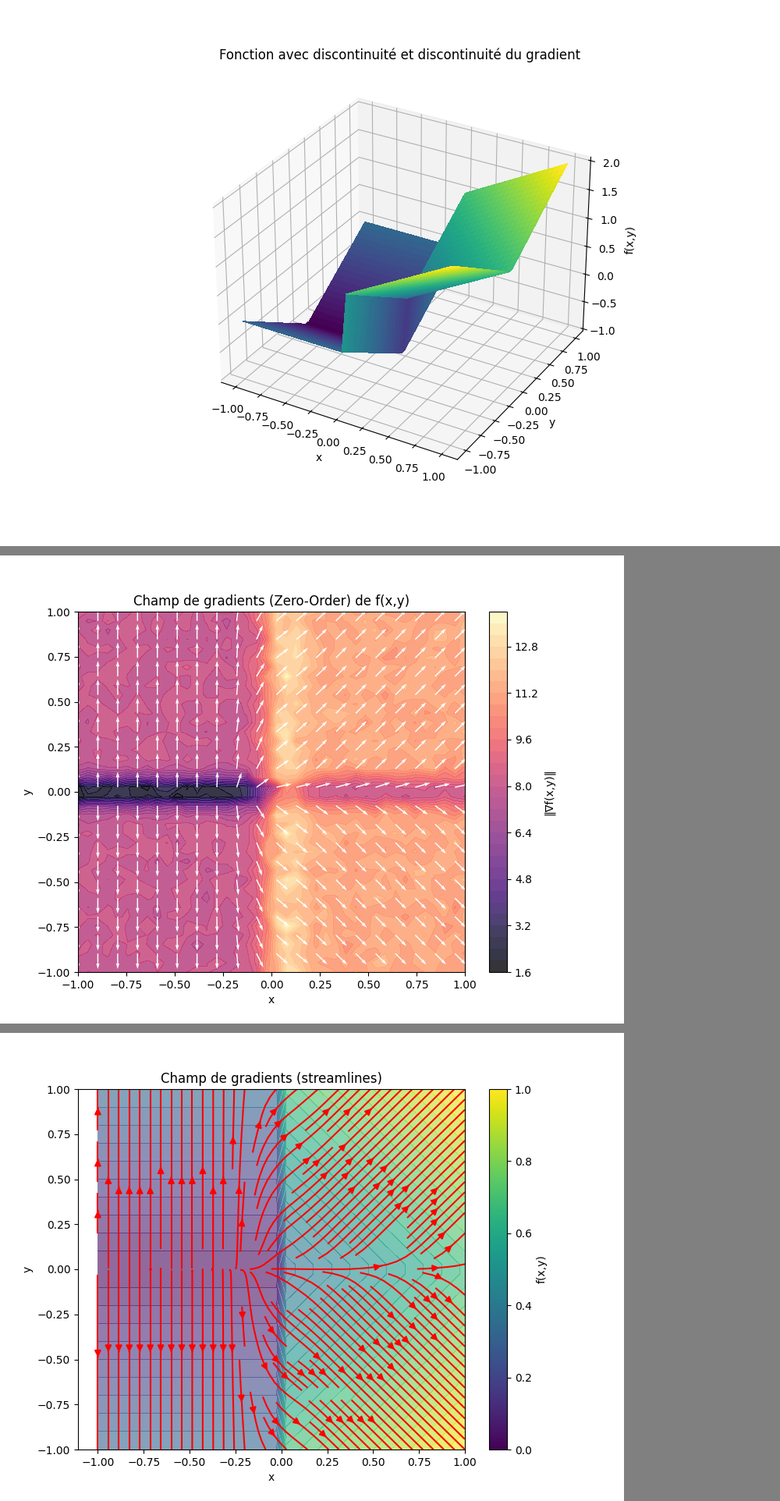
Repository: oomcth/Gradient-smoothing
Script's output: python test2D.py
The author's editor kept a copy of each file at every save. The script's output is drawn from the files as they stood at one save, then again after the next save.
The pictures are shown at 78% of full size.
Each picture stacks the figures in order, with grey between them; figures that are only written to a file come last. Random numbers start from a fixed seed.

Above is the script's output before, as saved 2025-11-23 23:04:07.

### test2D.py
import numpy as np
import matplotlib.pyplot as plt

sigma = 0.1
M = 500
Ns = 500
rng = np.random.default_rng()
L = 3


def f2(x, y):
    return np.where(x >= 0, x + np.abs(y), -1 + np.abs(y))


def grad_f2(Xs):
    x = Xs[:, 0]
    y = Xs[:, 1]
    dfdx = np.where(x > 0, 1.0, 0.0)
    dfdy = np.where(y > 0, 1.0, -1.0)
    return np.stack((dfdx, dfdy), axis=1)


def gaussian_density(omega, sigma):
    omega = np.asarray(omega)
    norm_sq = np.sum(omega**2, axis=-1)
    const = 1.0 / (2 * np.pi * sigma**2)
    return const * np.exp(-norm_sq / (2 * sigma**2))


def zo_gradient_2d(f, x, y):
    X = np.array([x, y])
    omegas = rng.normal(0, sigma, size=(M, 2))
    Xs = X + omegas
    f_vals = f(Xs[:, 0], Xs[:, 1])
    weights = -omegas / (sigma**2)
    grad_est = -(f_vals[:, None] * weights).mean(axis=0)
    return grad_est


def fo_gradient_2d(f, x, y):
    X = np.array([x, y])
    omegas = rng.normal(0, sigma, size=(M, 2))
    Xs = X + omegas
    grads = grad_f2(Xs)
    p_vals = gaussian_density(omegas, sigma)
    grads_vals = grads * p_vals[:, None]
    y_s = rng.uniform(-L, L, size=Ns)
    z = np.stack((np.zeros_like(y_s), y_s), axis=1)
    p_surface = gaussian_density(z - X, sigma)
    surf_term = np.array([1.0, 0.0]) * (2 * L / Ns) * np.sum(p_surface)
    return grads_vals.mean(0) + surf_term


xv = np.linspace(-1, 1, 40)
yv = np.linspace(-1, 1, 40)
X, Y = np.meshgrid(xv, yv)

U = np.zeros_like(X)
V = np.zeros_like(Y)

for i in range(X.shape[0]):
    for j in range(X.shape[1]):
        grad = fo_gradient_2d(f2, X[i, j], Y[i, j])
        U[i, j], V[i, j] = grad[0], grad[1]

Z = f2(X, Y)

fig = plt.figure(figsize=(10, 7))
ax = fig.add_subplot(111, projection="3d")
ax.plot_surface(X, Y, Z, cmap="viridis", linewidth=0, antialiased=False)
ax.set_title("Fonction avec discontinuité et discontinuité du gradient")
ax.set_xlabel("x")
ax.set_ylabel("y")
ax.set_zlabel("f(x,y)")
plt.show()

fig, ax = plt.subplots(figsize=(8, 6))
cont = ax.contourf(X, Y, np.sqrt(U**2 + V**2), levels=30, cmap="magma", alpha=0.8)
step = 2
norm = np.sqrt(U**2 + V**2)
Udir = U / (norm + 1e-8)
Vdir = V / (norm + 1e-8)
ax.quiver(
    X[::step, ::step],
    Y[::step, ::step],
    Udir[::step, ::step],
    Vdir[::step, ::step],
    color="white",
    scale=25,
)
ax.set_xlabel("x")
ax.set_ylabel("y")
ax.set_title("Champ de gradients (Zero-Order) de f(x,y)")
plt.colorbar(cont, ax=ax, label="‖∇f(x,y)‖")
plt.show()

plt.figure(figsize=(8, 6))
plt.contourf(X, Y, Z, levels=30, cmap="viridis", alpha=0.6)
plt.streamplot(X, Y, U, V, color="red", density=1.2, arrowsize=1.2)
plt.xlabel("x")
plt.ylabel("y")
plt.title("Champ de gradients (streamlines)")
plt.colorbar(label="f(x,y)")
plt.show()

After the next save:
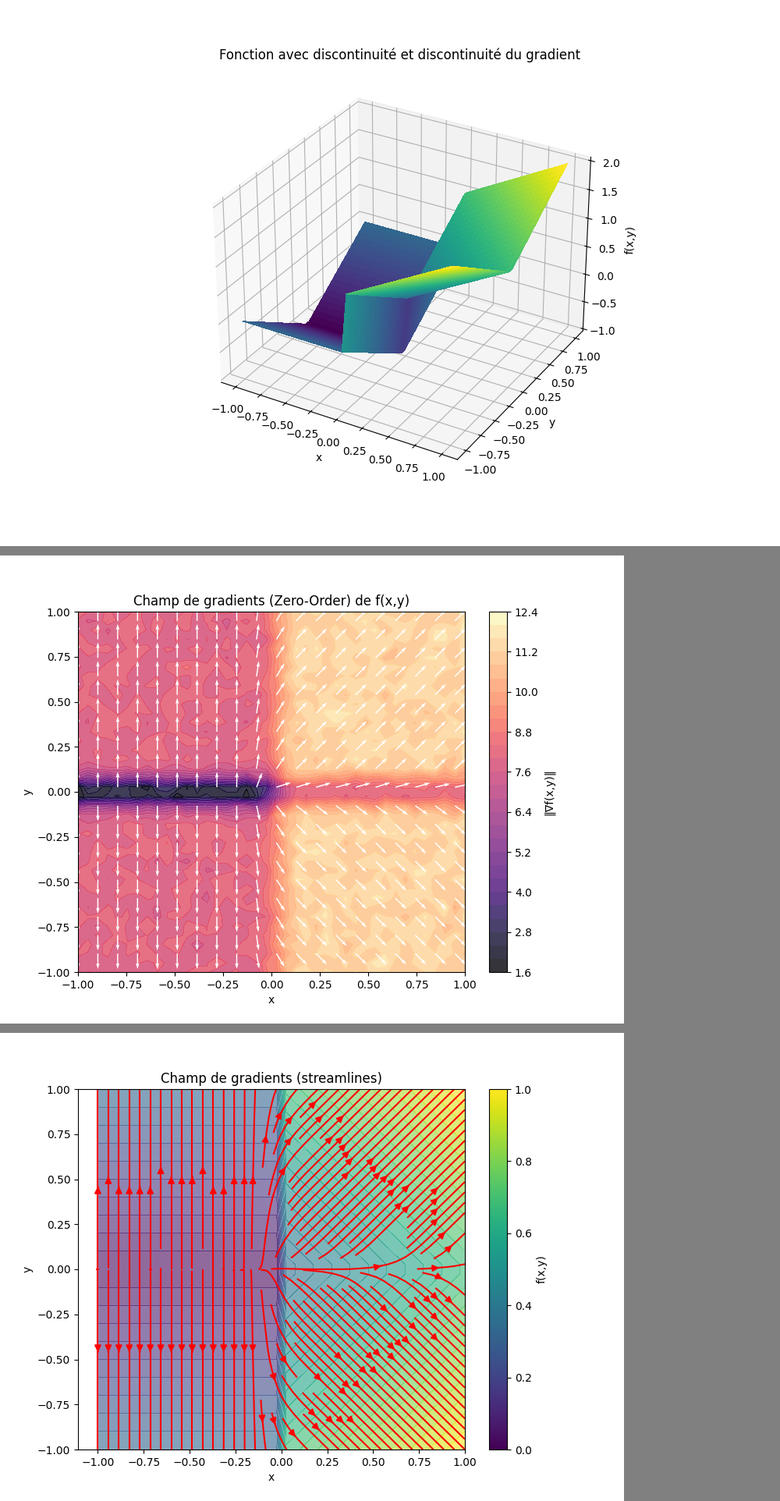
Saved 34 s later.
--- a/test2D.py
+++ b/test2D.py
@@ -48,7 +48,7 @@
     z = np.stack((np.zeros_like(y_s), y_s), axis=1)
     p_surface = gaussian_density(z - X, sigma)
     surf_term = np.array([1.0, 0.0]) * (2 * L / Ns) * np.sum(p_surface)
-    return grads_vals.mean(0) + surf_term
+    return grads_vals.mean(0) + 0 * surf_term
 
 
 xv = np.linspace(-1, 1, 40)

After the save that followed:
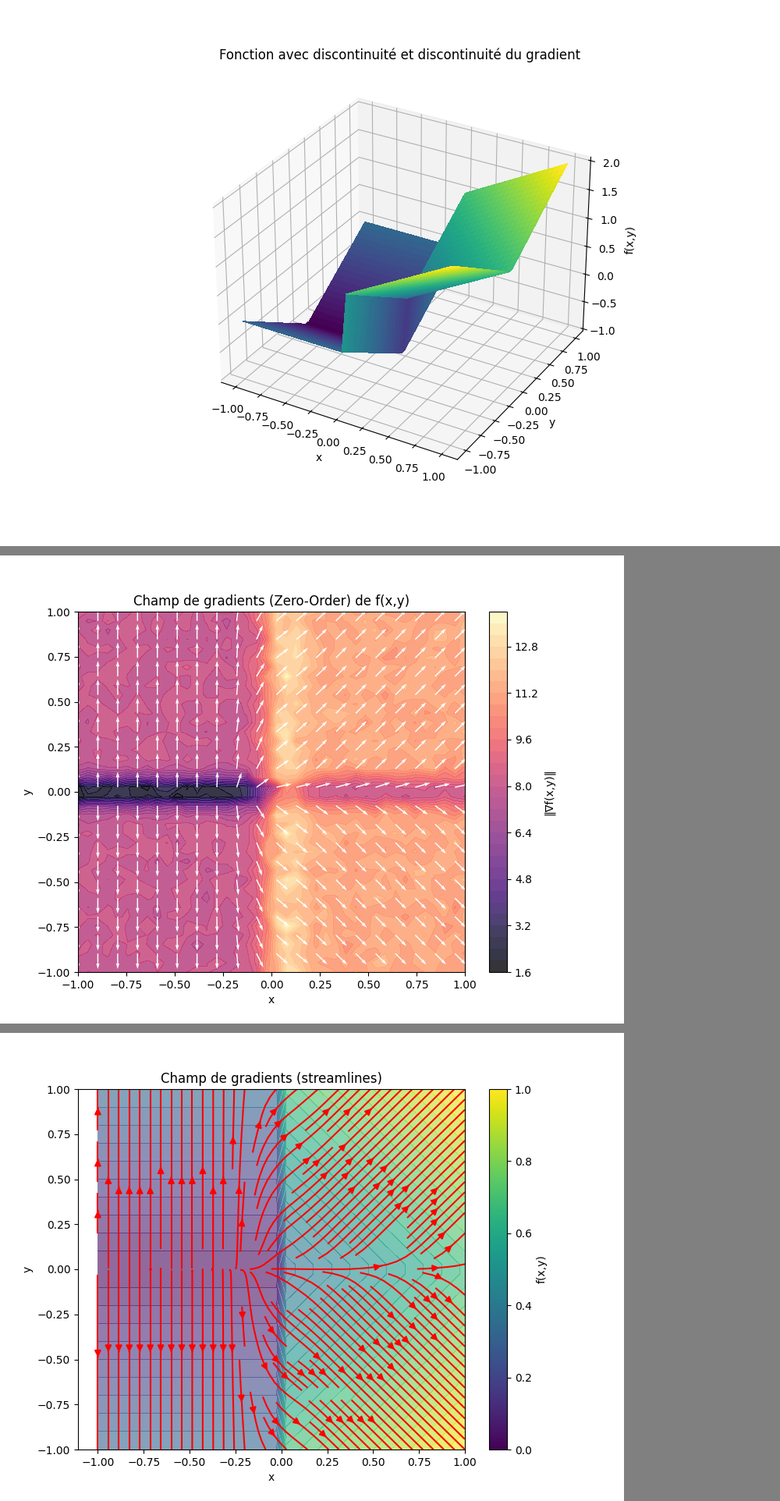
Saved 15 s later.
--- a/test2D.py
+++ b/test2D.py
@@ -48,7 +48,7 @@
     z = np.stack((np.zeros_like(y_s), y_s), axis=1)
     p_surface = gaussian_density(z - X, sigma)
     surf_term = np.array([1.0, 0.0]) * (2 * L / Ns) * np.sum(p_surface)
-    return grads_vals.mean(0) + 0 * surf_term
+    return grads_vals.mean(0) + surf_term
 
 
 xv = np.linspace(-1, 1, 40)
